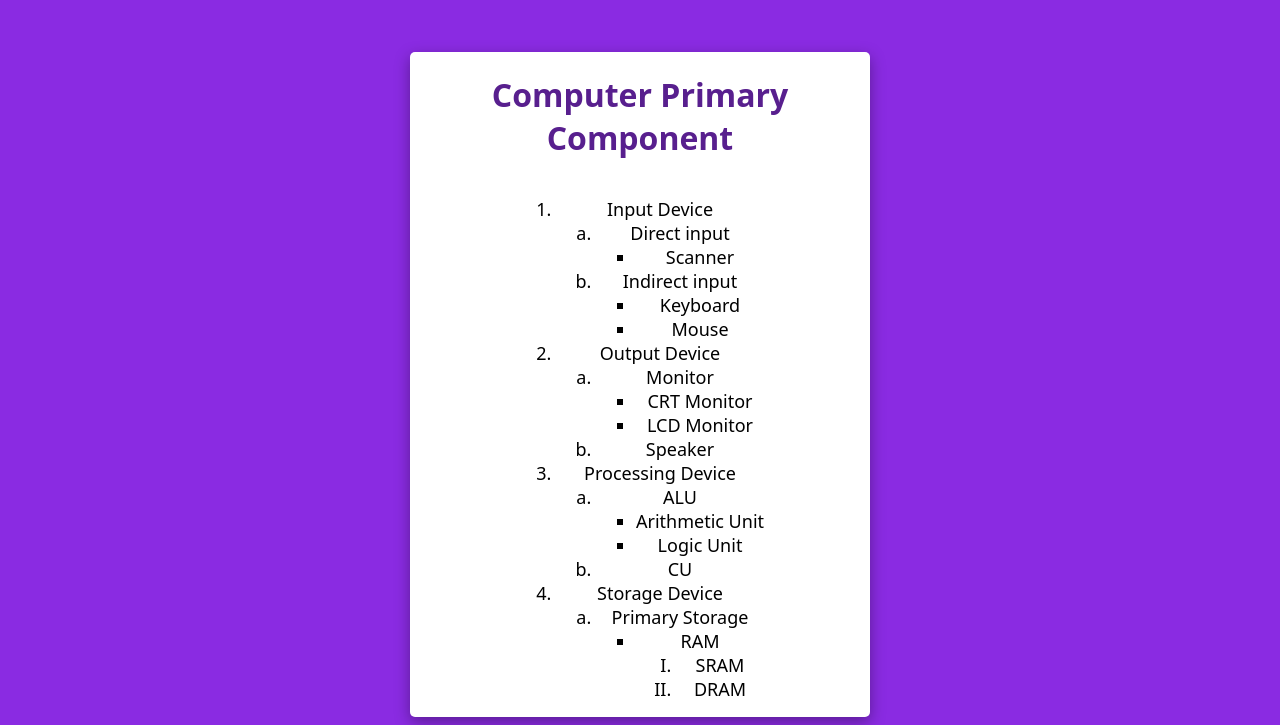
Repository: SharonSebastian32/Nested_List_in_html
Page: index.html
These files come from the project's save history. The page is drawn as it stood at one moment and after the next save; the edit follows.
The browser window is 1280 px wide. The pictures show the whole page.

Above is the page before, as saved 2024-09-01 08:13:26.

### index.html
<!DOCTYPE html>
<html lang="en">
  <head>
    <meta charset="UTF-8" />
    <meta name="viewport" content="width=device-width, initial-scale=1.0" />
    <title>Document</title>
    <link rel="stylesheet" href="./Styles/Styles.css" />
    <link href="https://unpkg.com/aos@2.3.1/dist/aos.css" rel="stylesheet" />
    <style>
        li{
            font-size: 18px;
        }
    </style>
  </head>
  <body style="background-color: blueviolet">
    <center>
      <br />
      <br />
      <div
        data-aos="zoom-in-up"
        style="
          border-radius: 5px;
          display: flex;
          flex-wrap: wrap;
          justify-content: center;
          align-items: center;
          flex-direction: column;
          background-color: rgb(255, 255, 255);
          width: 460px;
          box-shadow: rgba(0, 0, 0, 0.35) 0px 5px 15px;
        "
      >
        <h1 style="color: rgb(88, 31, 142);">Computer Primary Component</h1>
        <ol>
          <li>Input Device</li>
          <ol type="a">
            <li>Direct input</li>
            <ul style="list-style-type: square">
              <li>Scanner</li>
            </ul>
            <li>Indirect input</li>
            <ul>
              <li>Keyboard</li>
              <li>Mouse</li>
            </ul>
          </ol>
          <li>Output Device</li>
          <ol type="a">
            <li>Monitor</li>
            <ul>
              <li>CRT Monitor</li>
              <li>LCD Monitor</li>
            </ul>
            <li>Speaker</li>
          </ol>
          <li>Processing Device</li>
          <ol type="a">
            <li>ALU</li>
            <ul>
              <li>Arithmetic Unit</li>
              <li>Logic Unit</li>
            </ul>
            <ul></ul>
            <li>CU</li>
          </ol>
          <li>Storage Device</li>
          <ol type="a">
            <li>Primary Storage</li>
            <ul>
              <li>RAM</li>
              <ol type="I">
                <li>SRAM</li>
                <li>DRAM</li>
              </ol>
            </ul>
          </ol>
        </ol>
      </div>
    </center>
    <script src="https://unpkg.com/aos@2.3.1/dist/aos.js"></script>
    <script>
      AOS.init();
    </script>
  </body>
</html>

### Styles/Styles.css
*{
    font-family: system-ui, -apple-system, BlinkMacSystemFont, 'Segoe UI', Roboto, Oxygen, Ubuntu, Cantarell, 'Open Sans', 'Helvetica Neue', sans-serif;

}

After the next save:
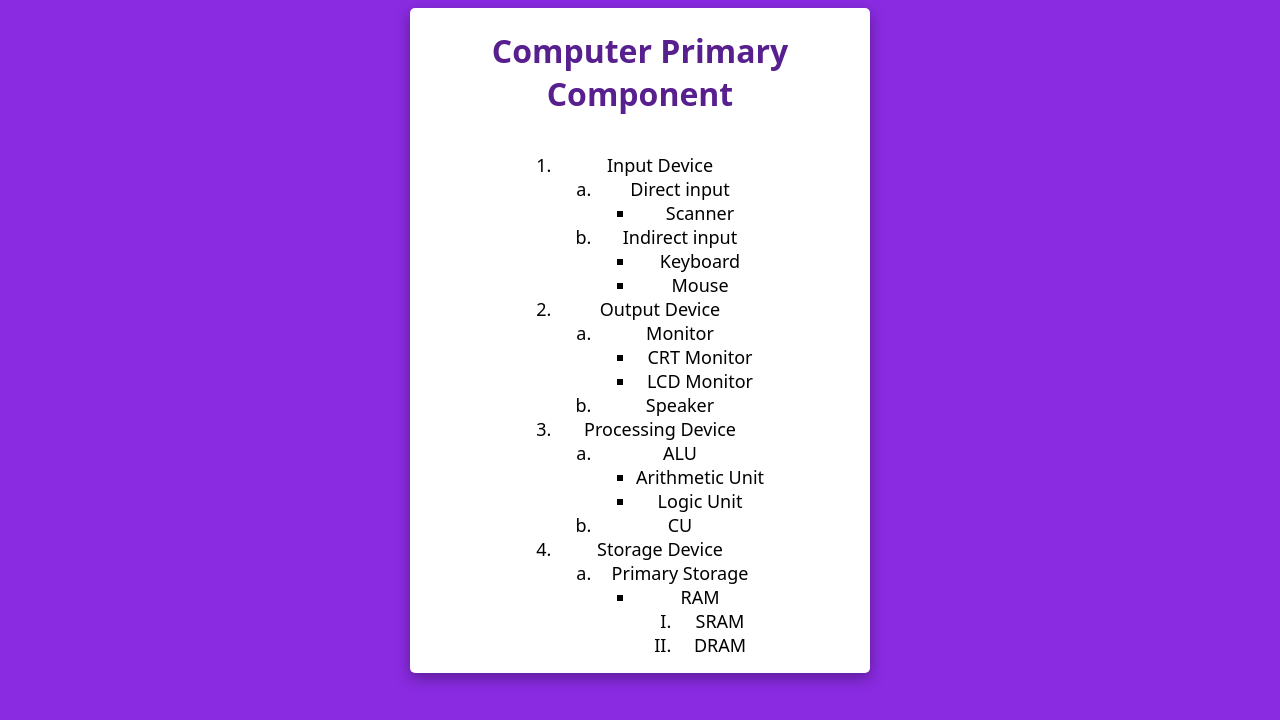
Saved 14 s later.
--- a/index.html
+++ b/index.html
@@ -14,8 +14,7 @@
   </head>
   <body style="background-color: blueviolet">
     <center>
-      <br />
-      <br />
+
       <div
         data-aos="zoom-in-up"
         style="
